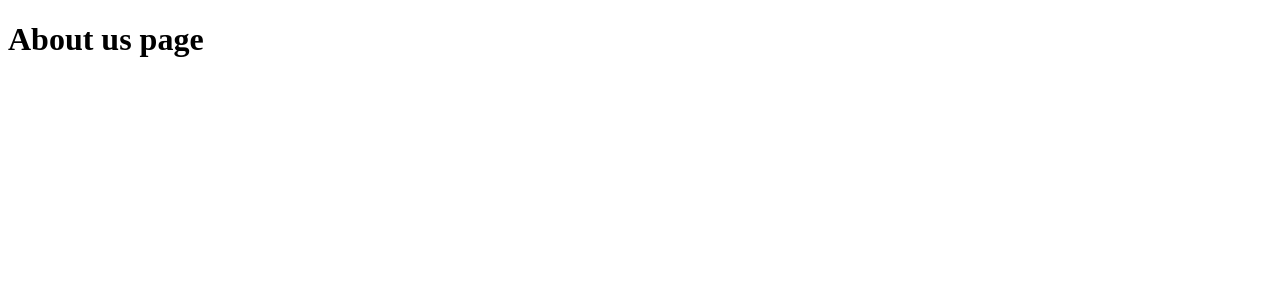
Repository: Dibbya65/Django-Basic
Page: http://localhost/about/
An editor plug-in stored every save of this project. The page is shown before and after the next save, followed by the edit.
The browser window is 1280 px wide. The pictures show the whole page.
The page is served by the project's application, run on Django 3.2 (manage.py).

Above is the page before, as saved 2021-11-14 00:08:55.

After the next save:
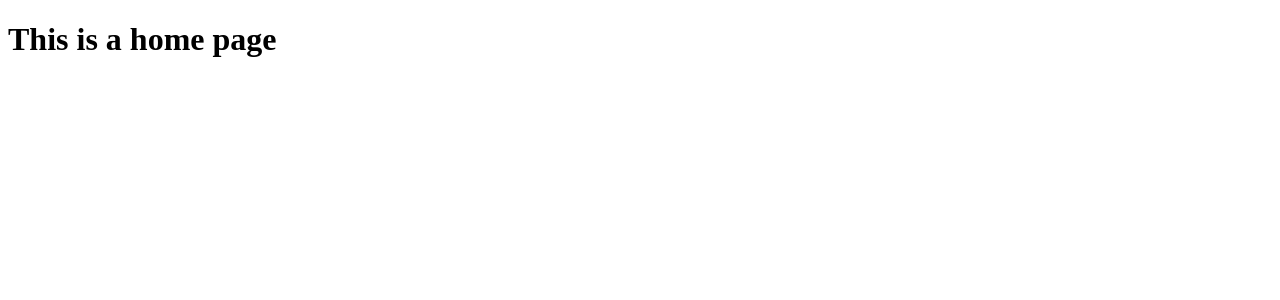
Saved 3 min 26 s later.
--- a/templates/about.html
+++ b/templates/about.html
@@ -1,12 +1,4 @@
-<!DOCTYPE html>
-<html lang="en">
-  <head>
-    <meta charset="UTF-8" />
-    <meta http-equiv="X-UA-Compatible" content="IE=edge" />
-    <meta name="viewport" content="width=device-width, initial-scale=1.0" />
-    <title>About Us</title>
-  </head>
-  <body>
-    <h1>About us page</h1>
-  </body>
-</html>
+{% extends "layouts/master.html" %} {% block title %} Home {% endblock title %}
+{% block content %}
+<h1>This is a home page</h1>
+{% endblock content %}
